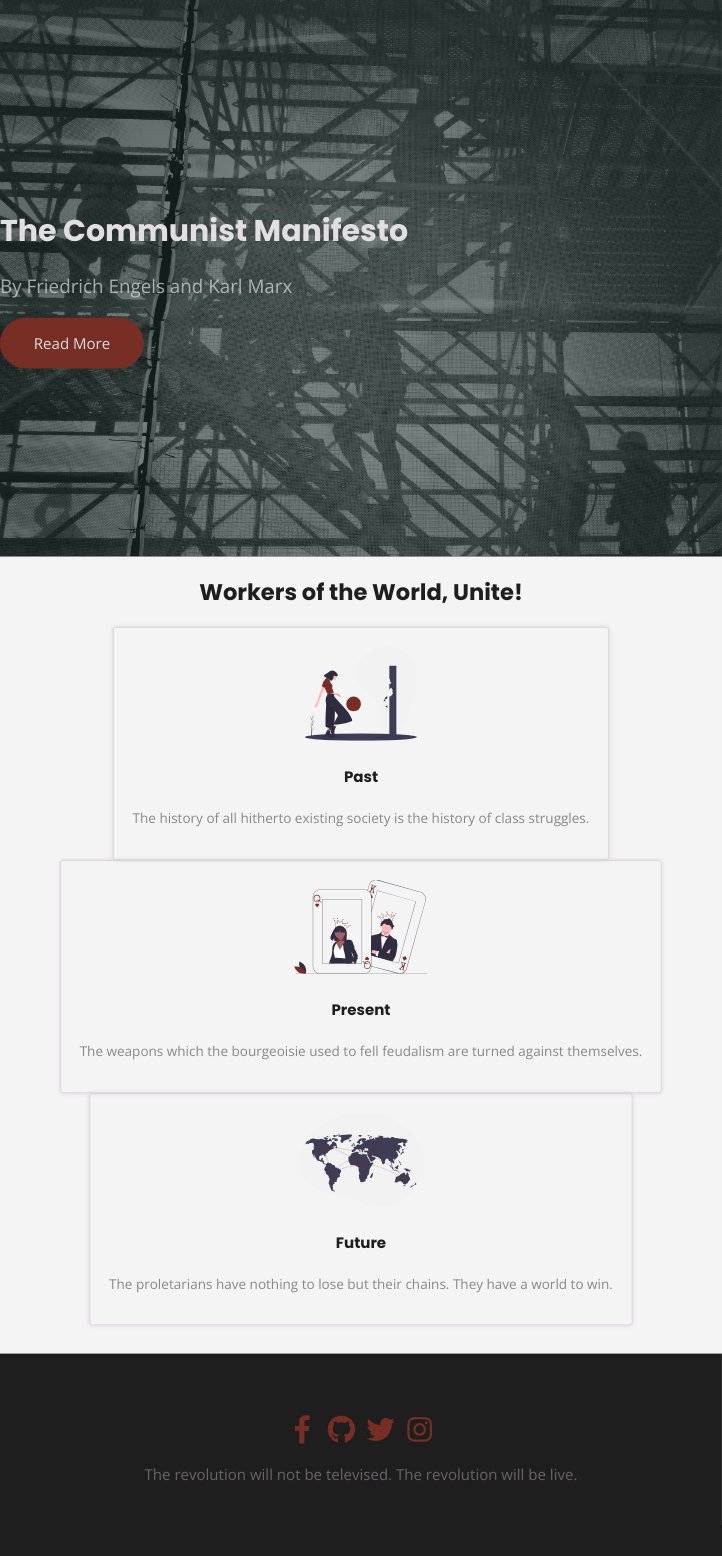
Repository: eaang/landing
Page: index.html
The author's editor kept a copy of each file at every save. The page is drawn from the files as they stood at one save, then again after the next save.
The browser window is 768 px wide. The pictures show the whole page, at 94% of full size.
Some web libraries are served in a nearby version.

Above is the page before, as saved 2020-06-10 17:00:06.

After the next save:
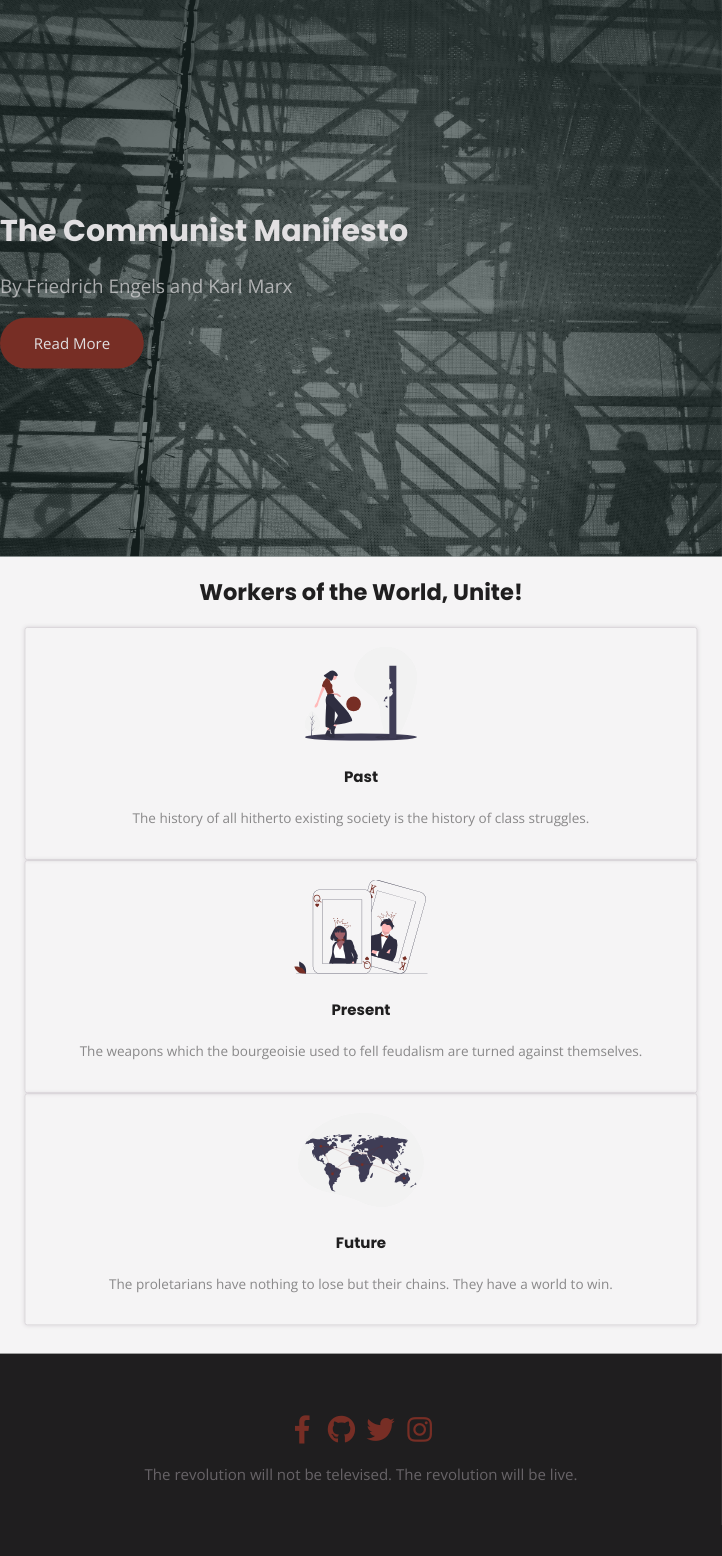
Saved 10 s later.
--- a/css/style.css
+++ b/css/style.css
@@ -132,7 +132,7 @@ a {
     flex-direction: column;
   }
   .card {
-    max-width: 90%;
+    min-width: 90%;
     margin: 0 auto;
   }
 }
